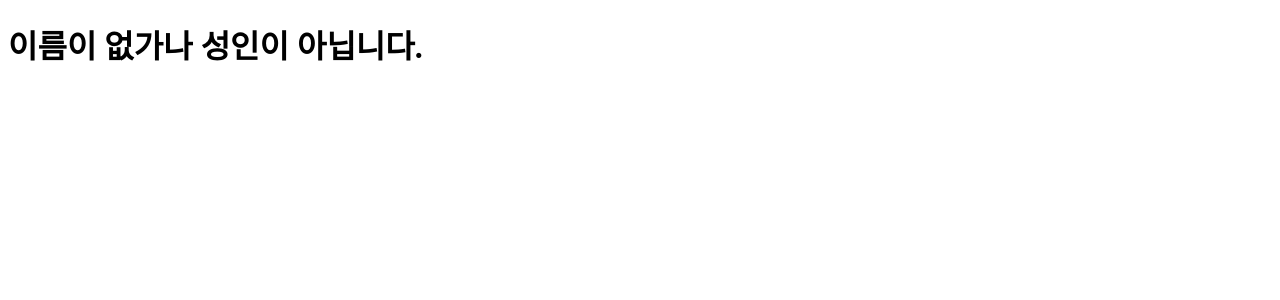
Repository: JJinBBangg/JSP
Page: http://localhost/jsp/ch12/lecture/01if/05if.jsp
An editor plug-in stored every save of this project. The page is shown before and after the next save, followed by the edit.
The browser window is 1280 px wide. The pictures show the whole page.
The page is served by Tomcat 9.

Above is the page before, as saved 2023-04-05 00:51:14.

After the next save:
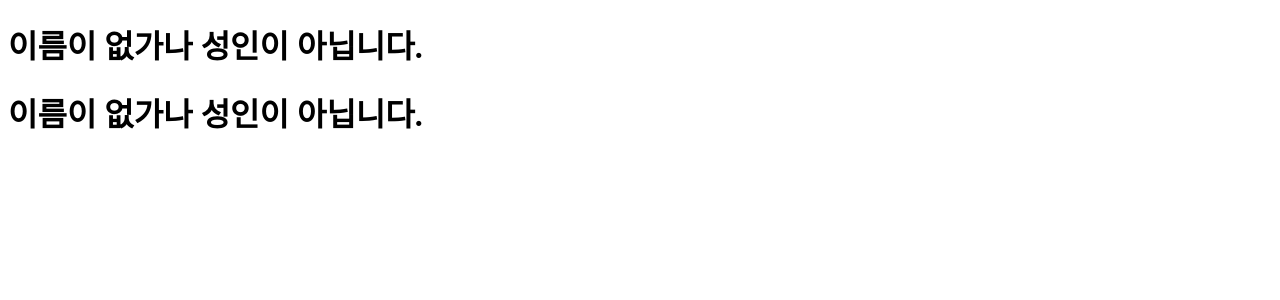
Saved 15 s later.
--- a/jsp/src/main/webapp/ch12/lecture/01if/05if.jsp
+++ b/jsp/src/main/webapp/ch12/lecture/01if/05if.jsp
@@ -15,5 +15,8 @@
 	<c:if test="${(empty param.name) || (param.age<20)}" >
 		<h1>이름이 없가나  성인이 아닙니다.</h1>
 	</c:if>
+	<c:if test="${!test1}" >
+		<h1>이름이 없가나  성인이 아닙니다.</h1>
+	</c:if>
 </body>
 </html>
